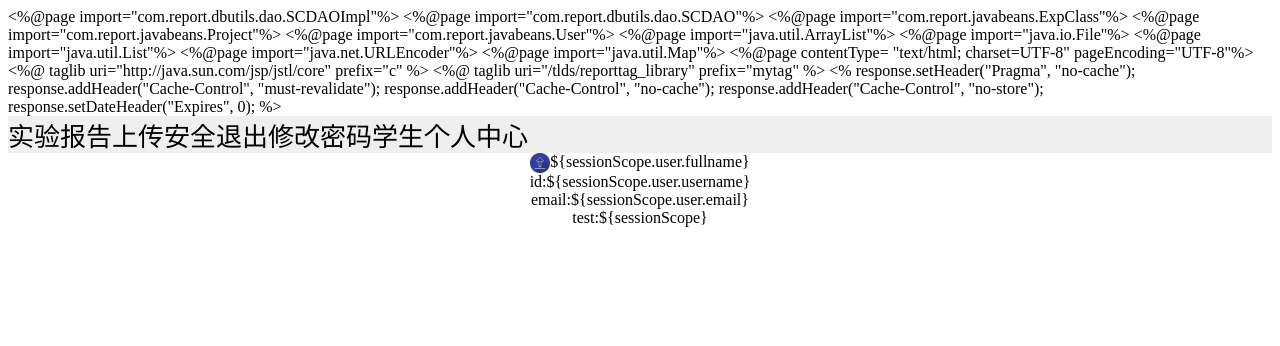
Repository: IAmJiangWenHao/ReportServer
Page: web/demo.html
An editor plug-in stored every save of this project. The page is shown before and after the next save, followed by the edit.
The browser window is 1280 px wide. The pictures show the whole page.

Above is the page before, as saved 2023-06-01 10:40:38.

After the next save:
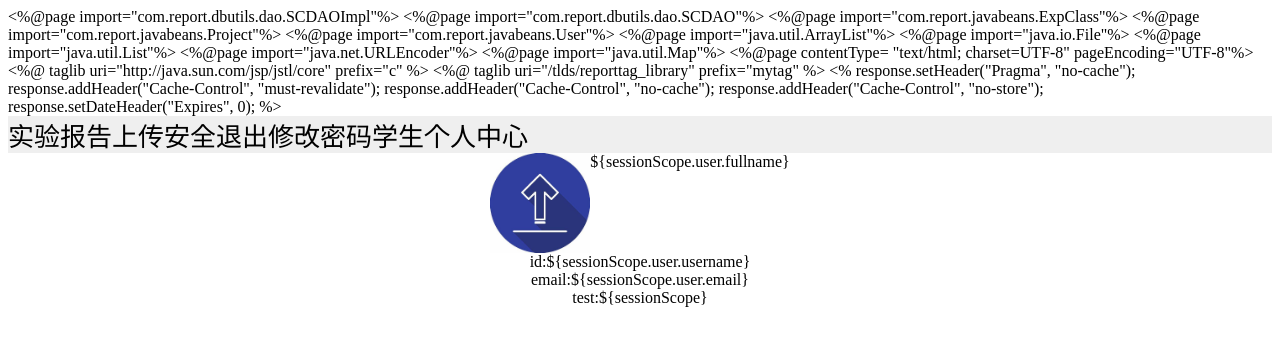
Saved 20 s later.
--- a/web/demo.html
+++ b/web/demo.html
@@ -38,7 +38,7 @@
     </div>
     <div style="display: flex; flex-direction:column;align-items: center;">
       <div style="display: flex; flex-direction:row;">
-        <img style="vertical-align:bottom" height="20px;" width="20px" src="img/upload.jpg">
+        <img style="vertical-align:bottom" height="100px;" width="100px" src="img/upload.jpg">
         <div >${sessionScope.user.fullname}</div>
       </div>
       <div>id:${sessionScope.user.username}</div>
